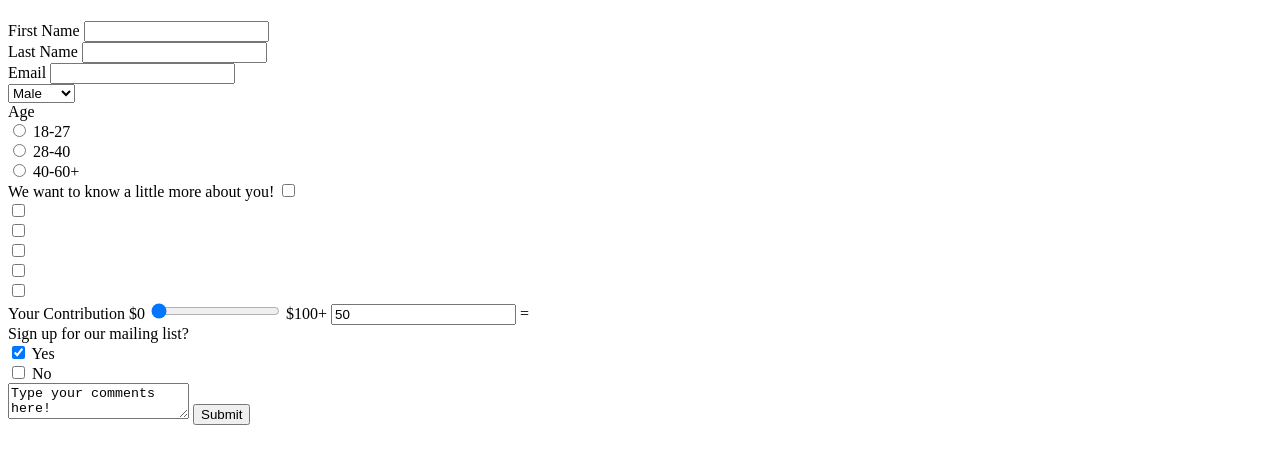
Repository: sunkim96/cosw30
Page: homework/homework2/contact.html
The author's editor kept a record of every edit. The page is drawn from the files as they stood at one moment, then again after the next edit.
The browser window is 1280 px wide. The pictures show the whole page.

Above is the page before.

### homework/homework2/contact.html
<!doctype html>
<html>
    <head>
        <meta charset="utf-8">
        <title>Political Campaign</title>
    </head>
    <body>
        <h1></h1>


        <form action="process_contact.php" method="POST">
            <!-- first and last name, email !-->
            <label for="first_name">First Name</label>
            <input type="text" id="first_name" name="first_name" required><br>

            <label for="last_name">Last Name</label>
            <input type="text" id="last_name" name="last_name" required><br>

            <label for="email">Email</label>
            <input type="email" id="email" name="email" required><br>


            <!-- gender as a dropdown !-->
            <select name="gender">
                <option value ="male">Male</option>
                <option value ="female">Female</option>
                <option value ="other"></option>Other</option>
                <option value ="none"></option>Prefer Not to Say</option>
            </select><br>

            <!-- age with radio !-->
            <label for="age">Age</label><br>
                <input type="radio" name="age" value="18-27"> 18-27<br>
                <input type="radio" name="age" value="28-40"> 28-40<br>
                <input type="radio" name="age" value="40-60"> 40-60+<br>

            <!-- interesting things, checkboxes for these options !-->
            <label for="interests">We want to know a little more about you!</label>
                <input type="checkbox" name="" value=""> <br>
                <input type="checkbox" name="" value=""> <br>
                <input type="checkbox" name="" value=""> <br>
                <input type="checkbox" name="" value=""> <br>
                <input type="checkbox" name="" value=""> <br>
                <input type="checkbox" name="" value=""> <br>

              <label for="contribution">Your Contribution</label>
             $0
              <input type="range" id="a" name="a" value="0">
              $100+
              <input type="number" id="b" name="b" value="50">
                =
              <output name="x" for="a b"></output><br>

              <!-- mailing list yes or no !-->
             <label for="yesno">Sign up for our mailing list?</label><br>
              <input type="checkbox" name="yes" value="yes" checked> Yes<br>
              <input type="checkbox" name="no" value="no"> No<br>

            <textarea name="comments" id="comments">Type your comments here!</textarea>
            <button>Submit</button>
        </form>



    </body>





</html>

After the next edit:
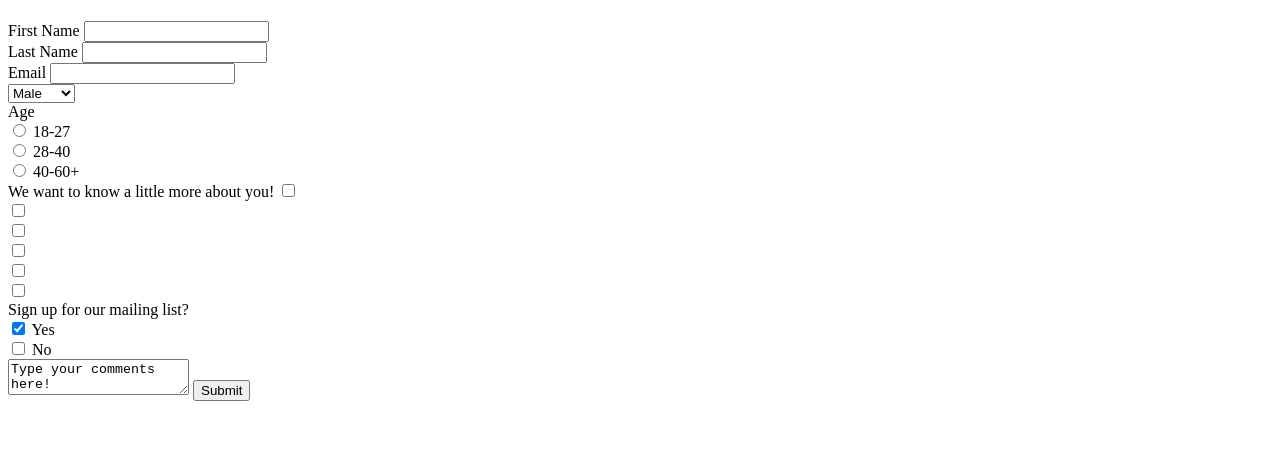
The edit:
--- a/homework/homework2/contact.html
+++ b/homework/homework2/contact.html
@@ -43,7 +43,7 @@
                 <input type="checkbox" name="" value=""> <br>
                 <input type="checkbox" name="" value=""> <br>
 
-              <label for="contribution">Your Contribution</label>
+              <!--<label for="contribution">Your Contribution</label>
              $0
               <input type="range" id="a" name="a" value="0">
               $100+
